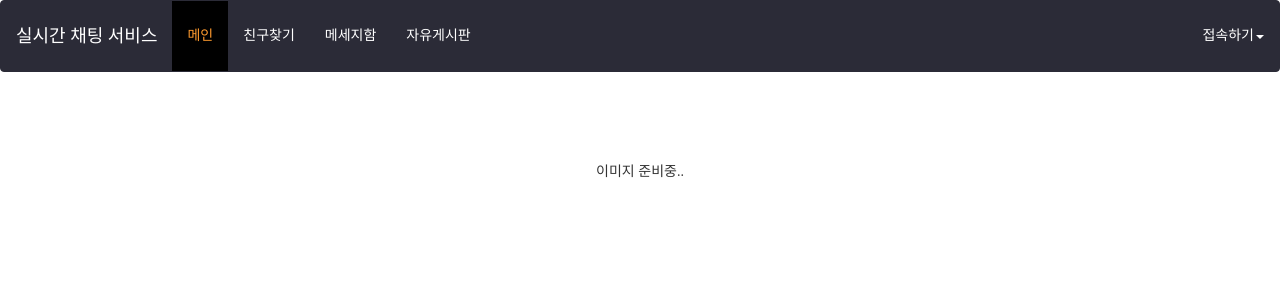
Repository: kkoseunghyun/javaAjaxChat
Page: http://localhost/UserChat/userStatus.jsp
An editor plug-in stored every save of this project. The page is shown before and after the next save, followed by the edit.
The browser window is 1280 px wide. The pictures show the whole page.
Some web fonts or font styles are not loaded; a fallback is used. Some web libraries are served in a nearby version. The page is served by Tomcat 9. Other server files are loaded and not shown. Queries for data that is not in the repository find no rows.

Above is the page before, as saved 2019-07-13 08:51:44.

### JspAjax/UserChat/WebContent/userStatus.jsp
<%@ page language="java" contentType="text/html; charset=UTF-8" pageEncoding="UTF-8"%>
<!DOCTYPE html>
<%@ page import="user.UserDAO" %>
<%@ page import="user.UserDTO" %>
<html>
<%
	String userID = null;
	if(session.getAttribute("userID") != null){
		userID = (String) session.getAttribute("userID");
	}

	UserDAO userDAO = new UserDAO();
	String userProfile = userDAO.getProfile(userID); // profile의 경로를 가져오는 메서드

%>
<head>
	<meta charset="UTF-8">
	<meta name="viewport" content="width=device-width, initial-scale=1">
	<link rel="stylesheet" type="text/css" href="css/bootstrap.css">
	<link rel="stylesheet" type="text/css" href="css/custom.css?versionewg=2">
	<link rel="stylesheet" type="text/css" href="css/custom2.css?versiontff=2">
	<title>JSP Ajax 실시간 회원제 채팅 서비스</title>
	<script src="https://code.jquery.com/jquery-3.1.1.min.js"></script>
	<script src="js/bootstrap.js"></script>
	<script type="text/javascript">
		/* 상단 내비게이션 메세지함 unread 라벨 표시 */
		function getUnread() {
			$.ajax({
				type: "POST",
				url: "./chatUnread",
				data: {
					userID: encodeURIComponent('<%= userID %>'),
				},
				success: function(result) {
					if(result >= 1) {
						showUnread(result);
					} else {
						showUnread('');
					}
				}
			});
		}
		function getInfiniteUnread() {
			setInterval(function() {
				getUnread();
			}, 4000);
		}
		function showUnread(result) {
			$('#unread').html(result);
		}
	</script>
</head>
<body>
	<nav class="navbar navbar-default">
		<div class="navbar-header">
			<button type="button" class="navbar-toggle collapsed"
				data-toggle="collapse" data-target="#bs-example-navbar-collapse-1"
				aria-expanded="false">
				<span class="icon-bar"></span>
				<span class="icon-bar"></span>
				<span class="icon-bar"></span>
			</button>
			<a class="navbar-brand" href="index.jsp">실시간 채팅 서비스</a>
		</div>
		<div class="collapse navbar-collapse" id="bs-example-navbar-collapse-1">
			<ul class="nav navbar-nav">
				<li class="active"><a href="index.jsp">메인</a></li>
				<li><a href="find.jsp">친구찾기</a></li>
				<li><a href="box.jsp">메세지함<span id="unread" class="label label-info"></span></a></li>
				<li><a href="boardView.jsp">자유게시판</a></li>
			</ul>
			<%
				if(userID == null){ // 로그인이 안된사람들에 한해 보여지는 네비게이션 바
			%>
			<ul class="nav navbar-nav navbar-right">
				<li class="dropdown">
					<a href="#" class="dropdown-toggle"
						data-toggle="dropdown" role="button" aria-haspopup="true"
						aria-expanded="false">접속하기<span class="caret"></span></a>
					<ul class="dropdown-menu">
						<li><a href="login.jsp">로그인</a></li>
						<li><a href="join.jsp">회원가입</a></li>
					</ul>
				</li>
			</ul>
			<%
				} else {
			%>
			<ul class="nav navbar-nav navbar-right">
				<li class="dropdown">
					<a href="#" class="dropdown-toggle"
						data-toggle="dropdown" role="button" aria-haspopup="true"
						aria-expanded="false">회원관리<span class="caret"></span></a>
					<ul class="dropdown-menu">
						<li><a href="update.jsp">회원정보수정</a></li>
						<li><a href="profileUpdate.jsp">프로필 사진 수정</a></li>
						<li><a href="logoutAction.jsp">로그아웃</a></li>
					</ul>
				</li>
			</ul>
			<ul class="nav navbar-nav navbar-right">
				<li><a href="userStatus.jsp"><img class=".media-object img-circle" style="media-object: display:none; margin: 0 auto; max-width: 50px; max-height: 50px;" src="<%= userProfile %>"></img></a></li>
			</ul>
			<%
				}
			%>
		</div>
	</nav>
	<div class="container">
		<div style="width:100%; height:160px; line-height:160px; text-align: center;">
			<p>이미지 준비중..</p>
		</div>
	</div>
	<%
		/*
			UserRegisterServlet.java, UserLoginServlet에서 session.setAttribute로 정의한
			messageContent,messageType 을 session.getAttribute를 통해 가져와서, 색깔셋팅 등 messageModal 설정부분
		*/
		String messageContent = null;
		if (session.getAttribute("messageContent") != null) {
			messageContent = (String) session.getAttribute("messageContent");
		}
		String messageType = null;
		if (session.getAttribute("messageType") != null) {
			messageType = (String) session.getAttribute("messageType");
		}
		if (messageContent != null) {
	%>
	<!--  messageModal -->
	<div class="modal fade" id="messageModal" tabindex="-1" role="dialog" aria-hidden="true">
		<div class="vertical-alignment-helper">
			<div class="modal-dialog vertical-align-center">
				<div class="modal-content <% if(messageType.equals("오류 메세지")) out.println("panel-warning"); else out.println("panel-success");%> ">
					<div class="modal-header panel-heading">
						<button type="button" class="close" data-dismiss="modal">
							<span aria-hidden="true">&times</span>		<!-- x버튼 -->
							<span class="sr-only">Close</span>
						</button>
						<h4 class="modal-title">
							<%= messageType %>
						</h4>
					</div>
					<div class="modal-body">
						<%= messageContent %>
					</div>
					<div class="modal-footer">
						<button type="button" class="btn btn-primary" data-dismiss="modal">확인</button>
					</div>
				</div>
			</div>
		</div>
	</div>
	<%
		session.removeAttribute("messageContent");
		session.removeAttribute("messageType");
		}
	%>
	<script>
		$('#messageModal').modal("show");
	</script>
	<%
		if(userID != null) {
	%>
		<script type="text/javascript">
			$(document).ready(function() {
				getUnread(); // 4초 안기다리고 바로 볼 수 있게 먼저해놓음
				getInfiniteUnread();
			});
		</script>
	<%
		}
	%>
</body>
</html>

### JspAjax/UserChat/src/user/UserDAO.java
package user;

import java.sql.Connection;
import java.sql.PreparedStatement;
import java.sql.ResultSet;

import javax.naming.Context;
import javax.naming.InitialContext;
import javax.sql.DataSource;

public class UserDAO {

	DataSource dataSource;

	public UserDAO() { //context.xml에서 설정한 JNDI를 이용. 이 객체는 이제 Container의 DBCP에 의해 관리된다.
		try {
			InitialContext initContext = new InitialContext();
			Context envContext = (Context) initContext.lookup("java:/comp/env");
			dataSource = (DataSource) envContext.lookup("jdbc/UserChat");
		} catch (Exception e) {
			e.printStackTrace();
		}
	}

	/* 로그인 성공 여부 메서드 */
	public int login(String userID, String userPassword) {
		Connection conn = null;
		PreparedStatement pstmt = null;
		ResultSet rs = null;
		String SQL = "SELECT * FROM USER WHERE userID = ?";
		try {
			conn = dataSource.getConnection(); // 실질적으로 커넥션풀에 접근하게 해줌
			pstmt = conn.prepareStatement(SQL);
			pstmt.setString(1, userID);
			rs = pstmt.executeQuery();
			if(rs.next()) {
				if(rs.getString("userPassword").equals(userPassword)) {
					return 1; // 로그인 성공
				}
				return 2; //비밀번호가 틀림
			} else {
				return 0; // 해당 사용자가 존재하지 않음
			}
		} catch (Exception e) {
			e.printStackTrace();
		} finally {
			try {
				if(rs != null) rs.close();
				if(pstmt != null) pstmt.close();
				if(conn != null) conn.close();
			} catch (Exception e) {
				e.printStackTrace();
			}
		}
		return -1; // 데이터베이스 오류
	}

	/* 회원가입 아이디 중복체크 */
	public int registerCheck(String userID) {
		Connection conn = null;
		PreparedStatement pstmt = null;
		ResultSet rs = null;
		String SQL = "SELECT * FROM USER WHERE userID = ?";
		try {
			conn = dataSource.getConnection(); // 실질적으로 커넥션풀에 접근하게 해줌
			pstmt = conn.prepareStatement(SQL);
			pstmt.setString(1, userID);
			rs = pstmt.executeQuery();
			if(rs.next() || userID.equals("")) {
				return 0; // 이미 존재하는 회원
			} else {
				return 1; // 가입 가능한 회원 아이디
			}
		} catch (Exception e) {
			e.printStackTrace();
		} finally {
			try {
				if(rs != null) rs.close();
				if(pstmt != null) pstmt.close();
				if(conn != null) conn.close();
			} catch (Exception e) {
				e.printStackTrace();
			}
		}
		return -1; // 데이터베이스 오류
	}
	/* 회원가입 메서드 */
	public int register(String userID, String userPassword, String userName, String userAge, String userGender, String userEmail, String userProfile) { // 아이디 중복체크
		Connection conn = null;
		PreparedStatement pstmt = null;
		String SQL = "INSERT INTO USER VALUES (?, ?, ?, ?, ?, ?, ?)";
		try {
			conn = dataSource.getConnection(); // 실질적으로 커넥션풀에 접근하게 해줌
			pstmt = conn.prepareStatement(SQL);
			pstmt.setString(1, userID);
			pstmt.setString(2, userPassword);
			pstmt.setString(3, userName);
			pstmt.setInt(4, Integer.parseInt(userAge));
			pstmt.setString(5, userGender);
			pstmt.setString(6, userEmail);
			pstmt.setString(7, userProfile);
			return pstmt.executeUpdate();
		} catch (Exception e) {
			e.printStackTrace();
		} finally {
			try {
				if(pstmt != null) pstmt.close();
				if(conn != null) conn.close();
			} catch (Exception e) {
				e.printStackTrace();
			}
		}
		return -1; // 데이터베이스 오류
	}

	/**
	 * 유저정보 세팅 메서드
	 * */
	public UserDTO getUser(String userID) {
		UserDTO user = new UserDTO();

		Connection conn = null;
		PreparedStatement pstmt = null;
		ResultSet rs = null;
		String SQL = "SELECT * FROM USER WHERE userID = ?";
		try {
			conn = dataSource.getConnection();
			pstmt = conn.prepareStatement(SQL);
			pstmt.setString(1, userID);
			rs = pstmt.executeQuery();
			if(rs.next()) {
				user.setUserID(userID);
				user.setUserPassword(rs.getString("userPassword"));
				user.setUserName(rs.getString("userName"));
				user.setUserAge(rs.getInt("userAge"));
				user.setUserGender(rs.getString("userGender"));
				user.setUserEmail(rs.getString("userEmail"));
				user.setUserProfile(rs.getString("userProfile"));
			}
		} catch (Exception e) {
			e.printStackTrace();
		} finally {
			try {
				if(rs != null) rs.close();
				if(pstmt != null) pstmt.close();
				if(conn != null) conn.close();
			} catch (Exception e) {
				e.printStackTrace();
			}
		}
		return user;
	}

	/**
	 * 회원정보 수정 메서드
	 * */
	public int update(String userID, String userPassword, String userName, String userAge, String userGender, String userEmail) { // 아이디 중복체크
		Connection conn = null;
		PreparedStatement pstmt = null;
		String SQL = "UPDATE user SET userPassword = ?, userName = ?, userAge = ?, userGender = ?,userEmail = ? WHERE userID = ?";
		try {
			conn = dataSource.getConnection(); // 실질적으로 커넥션풀에 접근하게 해줌
			pstmt = conn.prepareStatement(SQL);
			pstmt.setString(1, userPassword);
			pstmt.setString(2, userName);
			pstmt.setInt(3, Integer.parseInt(userAge));
			pstmt.setString(4, userGender);
			pstmt.setString(5, userEmail);
			pstmt.setString(6, userID);
			return pstmt.executeUpdate();
		} catch (Exception e) {
			e.printStackTrace();
		} finally {
			try {
				if(pstmt != null) pstmt.close();
				if(conn != null) conn.close();
			} catch (Exception e) {
				e.printStackTrace();
			}
		}
		return -1; // 데이터베이스 오류
	}

	// userProfile을 db에 업데이트 해주는 메서드
	public int profile(String userID, String userProfile) {
		Connection conn = null;
		PreparedStatement pstmt = null;
		String SQL = "UPDATE user SET userProfile = ? WHERE userID = ?";
		try {
			conn = dataSource.getConnection(); // 실질적으로 커넥션풀에 접근하게 해줌
			pstmt = conn.prepareStatement(SQL);
			pstmt.setString(1, userProfile);
			pstmt.setString(2, userID);
			return pstmt.executeUpdate();
		} catch (Exception e) {
			e.printStackTrace();
		} finally {
			try {
				if(pstmt != null) pstmt.close();
				if(conn != null) conn.close();
			} catch (Exception e) {
				e.printStackTrace();
			}
		}
		return -1; // 데이터베이스 오류
	}

	// userProfile의 경로를 가져오는 메서드
	public String getProfile(String userID) { // 아이디 중복체크
		Connection conn = null;
		PreparedStatement pstmt = null;
		ResultSet rs = null;
		String SQL = "SELECT userProfile FROM USER WHERE userID = ?";
		try {
			conn = dataSource.getConnection(); // 실질적으로 커넥션풀에 접근하게 해줌
			pstmt = conn.prepareStatement(SQL);
			pstmt.setString(1, userID);
			rs = pstmt.executeQuery();
			if(rs.next()) {
				if(rs.getString("userProfile").equals("")) { // 기본 상태의 프로필 사진
					return "http://localhost:8084/UserChat/images/icon.png";
				}
				return "http://localhost:8084/UserChat/upload/" + rs.getString("userProfile");

			}
		} catch (Exception e) {
			e.printStackTrace();
		} finally {
			try {
				if(rs != null) rs.close();
				if(pstmt != null) pstmt.close();
				if(conn != null) conn.close();
			} catch (Exception e) {
				e.printStackTrace();
			}
		}
		return "http://localhost:8084/UserChat/images/icon.png";
	}
}

### JspAjax/UserChat/WebContent/css/custom.css
@import url(http://fonts.googleapis.com/earlyaccess/nanumgothic.css);
@import url(http://fonts.googleapis.com/earlyaccess/hanna.css);
@import url(http://fonts.googleapis.com/earlyaccess/notosanskr.css);
* {
	font-family: 'Nanum Gothic';
}
h5 {
	font-family: 'Noto Sans KR';
	font-size: 15px;
	font-weight: bold;
}
h4 {
	font-family: 'Noto Sans KR';
}
h3 {
	font-family: 'Hanna';
}
h2 {
	font-family: 'Hanna';
}
h1 {
	font-family: 'Hanna';
}

/* 테이블 관련 디자인 처리 */
thead th {
	background-color: #2d1f1f;
	color: white;
	text-align: center;
}
tr td:first-child,
tr th:first-child {
	border-top-left-radius: 6px;
	border-bottom-left-radius: 6px;
}
tr td:last-child,
tr th:last-child {
	border-top-right-radius: 6px;
	border-bottom-right-radius: 6px;
}

/* 모달 팝업창 관련 디자인 처리 */
.vertical-alignment-helper {
	display: table;
	height: 100%;
	width: 100%;
	pointer-events: none;
}
.vertical-alignment-center {
	display: table-cell;
	vertical-align: middle;
	pointer-events: none;
}
.modal-content {
	width: inherit;
	height: inherit;
	margin: 0 auto;
	pointer-events: all;
}

/* 채팅창 디자인 처리 */
.portlet {
    margin-bottom: 15px;
}
.btn-white {
    border-color: #cccccc;
    color: #333333;
    background-color: #ffffff;
}
.portlet {
    border: 1px solid;
}
.portlet .portlet-heading {
    padding: 0 15px;
}
.portlet .portlet-heading h4 {
    padding: 1px 0;
    font-size: 16px;
}
.portlet .portlet-heading a {
    color: #fff;
}
.portlet .portlet-heading a:hover,
.portlet .portlet-heading a:active,
.portlet .portlet-heading a:focus {
    outline: none;
}
.portlet .portlet-widgets .dropdown-menu a {
    color: #333;
}
.portlet .portlet-widgets ul.dropdown-menu {
    min-width: 0;
}
.portlet .portlet-heading .portlet-title {
    float: left;
}
.portlet .portlet-heading .portlet-title h4 {
    margin: 10px 0;
}
.portlet .portlet-heading .portlet-widgets {
    float: right;
    margin: 8px 0;
}
.portlet .portlet-heading .portlet-widgets .tabbed-portlets {
    display: inline;
}
.portlet .portlet-heading .portlet-widgets .divider {
    margin: 0 5px;
}
.portlet .portlet-body {
    padding: 15px;
    background: #fff;
}
.portlet .portlet-footer {
    padding: 10px 15px;
    background: #e0e7e8;
}
.portlet .portlet-footer ul {
    margin: 0;
}
.portlet-green,
.portlet-green>.portlet-heading {
    border-color: #16a085;
}
.portlet-green>.portlet-heading {
    color: #fff;
    background-color: #16a085;
}
.portlet-orange,
.portlet-orange>.portlet-heading {
    border-color: #f39c12;
}
.portlet-orange>.portlet-heading {
    color: #fff;
    background-color: #f39c12;
}
.portlet-blue,
.portlet-blue>.portlet-heading {
    border-color: #2980b9;
}
.portlet-blue>.portlet-heading {
    color: #fff;
    background-color: #2980b9;
}
.portlet-red,
.portlet-red>.portlet-heading {
    border-color: #e74c3c;
}
.portlet-red>.portlet-heading {
    color: #fff;
    background-color: #e74c3c;
}
.portlet-purple,
.portlet-purple>.portlet-heading {
    border-color: #8e44ad;
}
.portlet-purple>.portlet-heading {
    color: #fff;
    background-color: #8e44ad;
}
.portlet-default,
.portlet-dark-blue,
.portlet-default>.portlet-heading,
.portlet-dark-blue>.portlet-heading {
    border-color: #34495e;
}
.portlet-default>.portlet-heading,
.portlet-dark-blue>.portlet-heading {
    color: #fff;
    background-color: #34495e;
}
.portlet-basic,
.portlet-basic>.portlet-heading {
    border-color: #333;
}
.portlet-basic>.portlet-heading {
    border-bottom: 1px solid #333;
    color: #333;
    background-color: #fff;
}
@media(min-width:768px) { /* 화면 너비 768 이하일때 적용 */
    .portlet {
        margin-bottom: 30px;
    }
}
.img-chat{
width:40px;
height:40px;
}
.text-green {
    color: #16a085;
}
.text-orange {
    color: #f39c12;
}
.text-red {
    color: #e74c3c;
}

### JspAjax/UserChat/WebContent/css/custom2.css
@import url(http://fonts.googleapis.com/earlyaccess/nanumgothic.css);
/* 전체 영역 지정 */
* {
    font-family: 'Nanum Gothic';
}
/* 전체 링크 영역 지정 */
a {
    color: #000000;
    text-decoration: none;
}
a:hover{
    color: #bbbbbb;
    text-decoration:none;
    cursor: pointer;
}

/* 네비게이션 영역 */
.navbar-default{    /* 배경 색상*/
    background-color: #2b2b37;
    border-color: #2b2b37;
}
.navbar-default .navbar-brand{ /* 내비게이션 제목 생상 */
    color: #ffffff;
    padding-top: 25px;
    font-family: 'Hanna';
}
.navbar-default .navbar-brand:hover,
.navbar-default .navbar-brand:focus{ /*내비게이션 제목에 마우스를 올렸을 때 */
    background-color: transparent;
    color: #FE9A2E;
}
.navbar-default .navbar-nav > .active > a,
.navbar-default .navbar-nav > .active > a:hover,
.navbar-default .navbar-nav > .active > a:focus{/* 현재 선택된 내비게이션 색상 이벤트 */
    color: #FE9A2E;
    background-color: #000000;
}
.navbar-default .navbar-nav > li > a { /*내비게이션 기본 글자 색상 */
	color: #ffffff;
    font-family: 'Hanna';
}
.navbar-default .navbar-nav > li > a:hover,
.navbar-default .navbar-nav > li > a:focus { /*내비게이션의 글자에 마우스를 올렸을 때 */
    color: #FE9A2E;
}
.navbar-default .navbar-nav > .open > a,
.navbar-default .navbar-nav > .open > a:hover,
.navbar-default .navbar-nav > .open > a:focus{ /* .open : 드랍다운이 열렸을 때 마우스 색상 이벤트  */
    color: #FE9A2E;
    background-color: #000000;
    text-decoration: none;
}
.navbar-default .navbar-toggle:hover,
.navbar-default .navbar-toggle:focus { /* 토글에 마우스를 올렸을 때 */
	background-color: #dddddd;
}
.navbar-default .navbar-toggle: .icon-bar { /* 토글 아이콘 바 색상 */
	background-color: #dddddd;
}

/* 미디어 쿼리 */
@media (max-width: 767px) { /* 화면 너비 767 이하일때 적용 */
    .navbar-default .navbar-nav .open .dropdown-menu > li > a {
        color: #ffffff;
    }
    .navbar-default .navbar-nav .open .dropdown-menu > li > a:hover,
    .navbar-default .navbar-nav .open .dropdown-menu > li > a:focus {
        color: #eeeeee;
    }
}
/* 네비게이션 바 길이 수정 */
.navbar-fixed-top {
	min-height: 70px;
}
.navbar-nav > li > a {
	padding-top: 0px;
	padding-bottom: 0px;
	line-height: 70px;
}
@media (max-width: 767px) { /* 화면 너비 767 이하일때 적용 */
	.navbar-default .navbar-brand {
		padding-top: 15px;
	}
	.navbar-nav > li > a {
		padding-top: 0px;
		padding-bottom: 0px;
		line-height: 40px;
	}
}

### JspAjax/UserChat/src/user/UserDTO.java
package user;

/**
 * DTO 란 ? (Data Transfer Object)(= VO)
 * 	- 데이터를 오브젝트로 변환하는 객체이다.
 *  - 계층간 데이터 교환을 위한 자바빈즈를 말합니다.
 * */
public class UserDTO {
	String userID;
	String userPassword;
	String userName;
	int userAge;
	String userGender;
	String userEmail;
	String userProfile;		// 프로필 사진경로

	public String getUserID() {
		return userID;
	}
	public void setUserID(String userID) {
		this.userID = userID;
	}
	public String getUserPassword() {
		return userPassword;
	}
	public void setUserPassword(String userPassword) {
		this.userPassword = userPassword;
	}
	public String getUserName() {
		return userName;
	}
	public void setUserName(String userName) {
		this.userName = userName;
	}
	public int getUserAge() {
		return userAge;
	}
	public void setUserAge(int userAge) {
		this.userAge = userAge;
	}
	public String getUserGender() {
		return userGender;
	}
	public void setUserGender(String userGender) {
		this.userGender = userGender;
	}
	public String getUserEmail() {
		return userEmail;
	}
	public void setUserEmail(String userEmail) {
		this.userEmail = userEmail;
	}
	public String getUserProfile() {
		return userProfile;
	}
	public void setUserProfile(String userProfile) {
		this.userProfile = userProfile;
	}
}

Loaded but not shown: JspAjax/UserChat/WebContent/css/bootstrap.css (library); JspAjax/UserChat/WebContent/js/bootstrap.js (library)

After the next save:
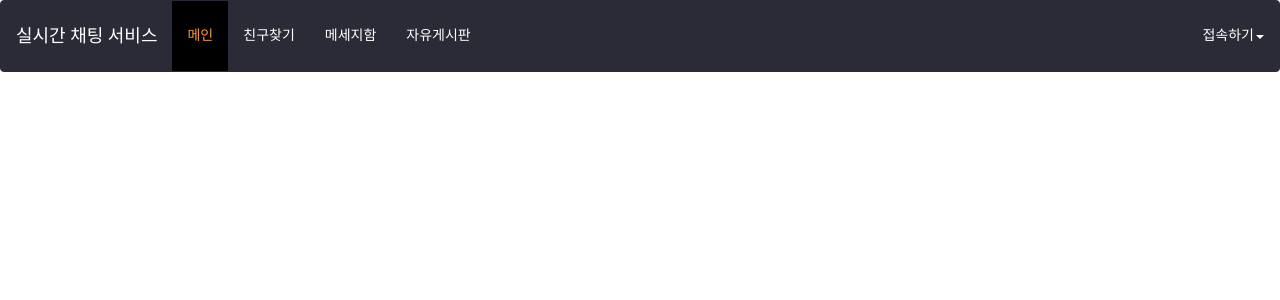
Saved 48 s later.
--- a/JspAjax/UserChat/WebContent/userStatus.jsp
+++ b/JspAjax/UserChat/WebContent/userStatus.jsp
@@ -12,6 +12,7 @@
 	UserDAO userDAO = new UserDAO();
 	String userProfile = userDAO.getProfile(userID); // profile의 경로를 가져오는 메서드
 
+	UserDTO user = userDAO.getUser(userID);
 %>
 <head>
 	<meta charset="UTF-8">
@@ -107,9 +108,7 @@
 		</div>
 	</nav>
 	<div class="container">
-		<div style="width:100%; height:160px; line-height:160px; text-align: center;">
-			<p>이미지 준비중..</p>
-		</div>
+
 	</div>
 	<%
 		/*
